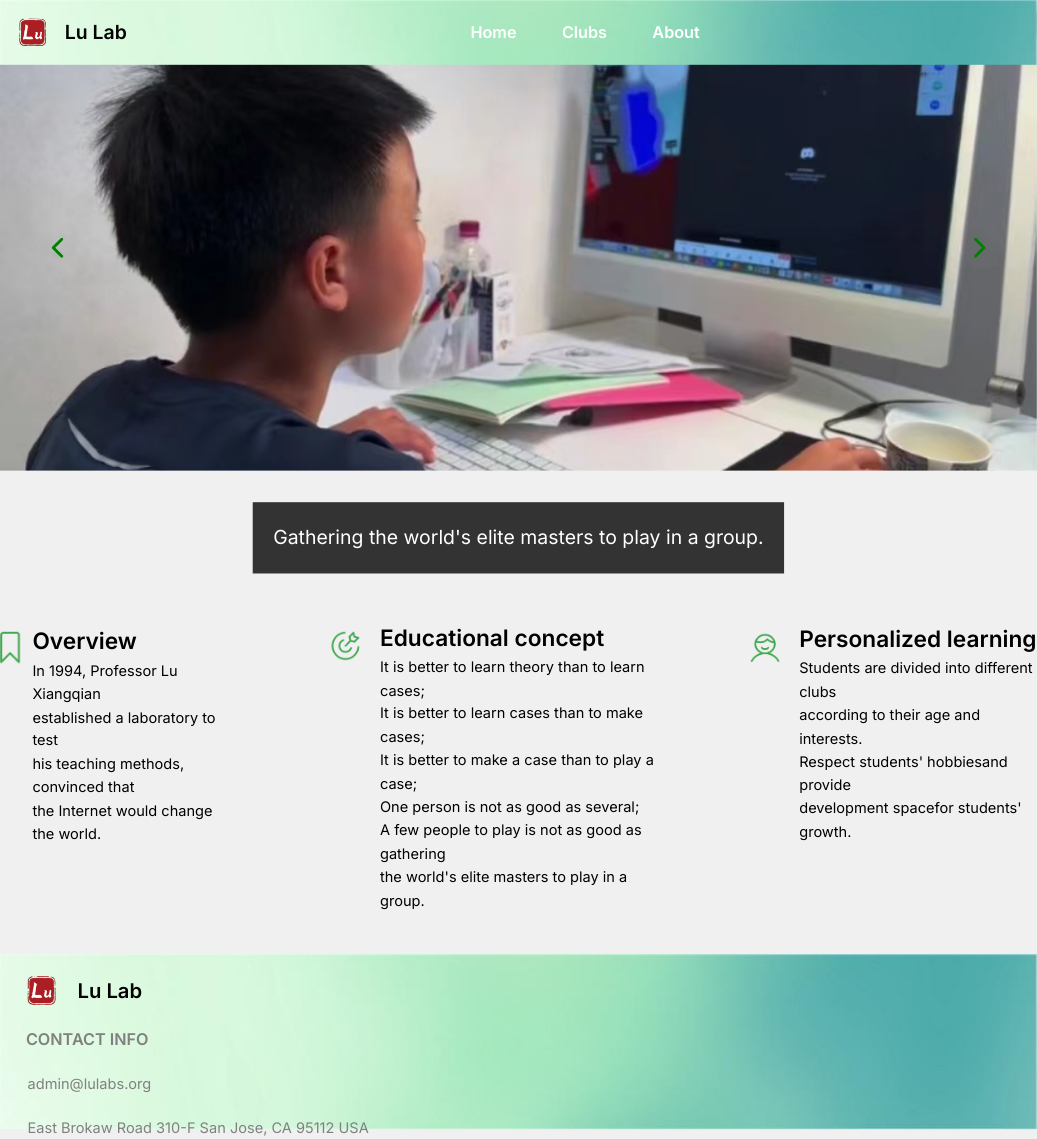
Repository: proflulab/lulab_website_next_js
Page: /
An editor plug-in stored every save of this project. The page is shown before and after the next save, followed by the edit.
The browser window is 1280 px wide. The pictures show the whole page, at 81% of full size.
The project was rebuilt for these pictures with package versions that can differ from the ones it lists, and the page was loaded fresh each time. The framework's server and built-in components were replaced by stand-ins that run in the browser. Also part of the build but not shown: next.config.js, next.config.mjs.

Above is the page before, as saved 2023-12-27 21:12:36.

### app/layout.tsx
import type { Metadata } from "next";
import { Inter } from "next/font/google";
import "./globals.css";

const inter = Inter({ subsets: ["latin"] });

export const metadata: Metadata = {
  title: "Lu Lab",
  description: "Lu Lab",
};

export default function RootLayout({
  children,
}: {
  children: React.ReactNode;
}) {
  return (
    <html lang="en">
      <body className={inter.className}>{children}</body>
    </html>
  );
}

### app/page.tsx
"use client";
import "./globals.css"; // 引入全局 CSS 文件

import React, { useState, useEffect, useRef } from "react";
import { FontAwesomeIcon } from "@fortawesome/react-fontawesome";
import {
  faChevronLeft,
  faChevronRight,
} from "@fortawesome/free-solid-svg-icons";
import Image from "next/image";

import Navbar from "./title/page";
import End from "./title/end";

// export default Navbar;

const Home: React.FC = () => {
  const [images, setImages] = useState<string[]>([]);
  const [currentImageIndex, setCurrentImageIndex] = useState<number>(0);

  useEffect(() => {
    const imageUrls = ["image3.jpg", "xueyuan.jpg", "image1.jpg"];
    setImages(imageUrls);
  }, []);

  useEffect(() => {
    const interval = setInterval(() => {
      setCurrentImageIndex((prevIndex) =>
        prevIndex === images.length - 1 ? 0 : prevIndex + 1
      );
    }, 5000);

    return () => clearInterval(interval);
  }, [images]);

  const showNextImage = () => {
    setCurrentImageIndex((prevIndex) =>
      prevIndex === images.length - 1 ? 0 : prevIndex + 1
    );
  };

  const showPreviousImage = () => {
    setCurrentImageIndex((prevIndex) =>
      prevIndex === 0 ? images.length - 1 : prevIndex - 1
    );
  };
  const [windowWidth, setWindowWidth] = useState<number>(0);

  const [isMobile, setIsMobile] = useState<boolean>(false);

  useEffect(() => {
    const handleResize = () => {
      const width = window.innerWidth;
      setIsMobile(width <= 768);
    };

    handleResize(); // 初始化时调用一次，设置初始的 isMobile 值

    window.addEventListener("resize", handleResize);

    return () => {
      window.removeEventListener("resize", handleResize);
    };
  }, []); // 空数组作为依赖，确保只在组件挂载时执行一次

  return (
    <>
      <Navbar />
      <div
        style={{
          display: "flex",
          flexDirection: "column",
          alignItems: "center",
        }}
      >
        <div
          style={{
            position: "relative",
            width: "100%",
            height: "85vh",
            maxWidth: "100%",
            maxHeight: "85vh",
          }}
        >
          {images.length > 0 && (
            // eslint-disable-next-line @next/next/no-img-element
            <img
              src={images[currentImageIndex]}
              alt={`Image ${currentImageIndex + 1}`}
              style={{
                width: "100%",
                height: "95%",
                objectFit: "cover",
                ...(isMobile
                  ? {
                      height: "75vh",
                      width: "100%",
                      objectFit: "cover",
                    }
                  : {}),
              }}
            />
          )}
          <div
            style={{
              position: "absolute",
              top: "50%",
              transform: "translateY(-50%)",
              left: "5%",
              right: "5%",
              display: "flex",
              justifyContent: "space-between",
            }}
          >
            <button
              onClick={showPreviousImage}
              style={{ color: "green", fontWeight: "bold", fontSize: "28px" }}
            >
              <FontAwesomeIcon icon={faChevronLeft} />
            </button>
            <button
              onClick={showNextImage}
              style={{ color: "green", fontWeight: "bold", fontSize: "28px" }}
            >
              <FontAwesomeIcon icon={faChevronRight} />
            </button>
          </div>
        </div>

        <div
          style={{
            position: "absolute",
            top: isMobile ? "400px" : "620px",
            justifyContent: "space-between",

            backgroundColor: "#333333",
            color: "#fff",
            padding: "25px",
            zIndex: 1,
            width: isMobile ? "80%" : "auto", // 根据屏幕大小更新宽度
          }}
        >
          <p style={{ fontSize: isMobile ? "20px" : "24px" }}>
            Gathering the world&apos;s elite masters to play in a group.
          </p>
        </div>

        <div
          style={{
            fontWeight: "bold",
            fontSize: "45px",
            color: "#000000",
            textAlign: "center",
            marginTop: "40px",
            marginBottom: "40px",
          }}
        >
          Welcome to Lu Lab
        </div>
        {isMobile && (
          <>
            <div
              style={{
                marginBottom: "20px",
                display: "flex",
                alignItems: "flex-start",
              }}
            >
              <Image
                src="/Overview.png"
                alt=""
                width={25}
                height={35}
                style={{ marginLeft: "-30px" }}
              />
              <div style={{ marginLeft: "15px" }}>
                <p
                  style={{
                    fontSize: "28px",
                    fontWeight: "600",
                    marginBottom: "5px",
                    marginTop: "-5px",
                  }}
                >
                  Overview
                </p>
                <p
                  style={{
                    fontSize: "18px",
                    fontWeight: "400",
                    lineHeight: "1.5",
                  }}
                >
                  In 1994, Professor Lu Xiangqian
                  <br /> established a laboratory to test
                  <br />
                  his teaching methods, convinced that
                  <br /> the Internet would change the world. <br />
                </p>
              </div>
            </div>

            <div
              style={{
                marginBottom: "20px",
                display: "flex",
                alignItems: "flex-start",
              }}
            >
              <Image
                src="/Edu.png"
                alt=""
                width={35}
                height={35}
                style={{ marginLeft: "35px" }}
              />
              <div style={{ marginLeft: "15px" }}>
                <p
                  style={{
                    fontSize: "28px",
                    fontWeight: "600",
                    marginBottom: "5px",
                    marginTop: "-5px",
                  }}
                >
                  Educational concept
                </p>
                <p
                  style={{
                    fontSize: "18px",
                    fontWeight: "400",
                    lineHeight: "1.5",
                  }}
                >
                  It is better to learn theory than to learn cases;
                  <br />
                  It is better to learn cases than to make cases;
                  <br />
                  It is better to make a case than to play a case;
                  <br />
                  One person is not as good as several;
                  <br />
                  A few people to play is not as good as gathering
                  <br />
                  the world&apos;s elite masters to play in a group.
                </p>
              </div>
            </div>

            <div
              style={{
                marginBottom: "20px",
                display: "flex",
                alignItems: "flex-start",
              }}
            >
              <Image
                src="/Person.png"
                alt=""
                width={35}
                height={35}
                style={{ marginLeft: "-15px" }}
              />
              <div style={{ marginLeft: "15px" }}>
                <p
                  style={{
                    fontSize: "28px",
                    fontWeight: "600",
                    marginBottom: "5px",
                    marginTop: "-5px",
                  }}
                >
                  Personalized learning
                </p>
                <p
                  style={{
                    fontSize: "18px",
                    fontWeight: "400",
                    lineHeight: "1.5",
                  }}
                >
                  Students are divided into different clubs
                  <br />
                  according to their age and interests.
                  <br />
                  Respect students&apos; hobbies and provide
                  <br />
                  development space for students&apos; growth.
                </p>
              </div>
            </div>
          </>
        )}

        {!isMobile && (
          <div
            style={{
              display: "flex",
              justifyContent: "left",
              marginTop: "20px",
            }}
          >
            <div style={{ flex: "0.9", marginRight: "120px" }}>
              <Image src="/Overview.png" alt="" width={25} height={35} />
              <div style={{ marginLeft: "40px" }}>
                <p
                  style={{
                    color: "black",
                    fontSize: "28px",
                    fontWeight: "600",
                    marginTop: "-50px",
                    textAlign: "left",
                  }}
                >
                  Overview
                </p>
                <p
                  style={{
                    color: "black",
                    fontSize: "18px",
                    fontWeight: "400",
                    textAlign: "left",
                  }}
                >
                  In 1994, Professor Lu Xiangqian
                  <br /> established a laboratory to test
                  <br />
                  his teaching methods, convinced that
                  <br /> the Internet would change the world. <br />
                </p>
              </div>
            </div>
            <div style={{ flex: "1.3", marginRight: "100px" }}>
              {" "}
              {/* 将 Edu 部分的 flex 值调整为 1.5 */}
              <Image src="/Edu.png" alt="" width={35} height={35} />
              <div style={{ marginLeft: "60px" }}>
                <p
                  style={{
                    color: "black",
                    fontSize: "28px",
                    fontWeight: "600",
                    marginTop: "-50px",
                    textAlign: "left",
                  }}
                >
                  Educational concept
                </p>
                <p
                  style={{
                    color: "black",
                    fontSize: "18px",
                    fontWeight: "400",
                    textAlign: "left",
                  }}
                >
                  It is better to learn theory than to learn cases;
                  <br /> It is better to learn cases than to make cases;
                  <br /> It is better to make a case than to play a case;
                  <br /> One person is not as good as several;
                  <br /> A few people to play is not as good as gathering
                  <br /> the world&apos;s elite masters to play in a group.
                </p>
              </div>
            </div>
            <div style={{ flex: "1.1", marginLeft: "0px" }}>
              <Image src="/Person.png" alt="" width={35} height={35} />
              <div style={{ marginLeft: "60px" }}>
                <p
                  style={{
                    color: "black",
                    fontSize: "28px",
                    fontWeight: "600",
                    marginTop: "-50px",
                    textAlign: "left",
                  }}
                >
                  Personalized learning
                </p>
                <p
                  style={{
                    color: "black",
                    fontSize: "18px",
                    fontWeight: "400",
                    textAlign: "left",
                  }}
                >
                  Students are divided into different clubs
                  <br /> according to their age and interests.
                  <br /> Respect students&apos; hobbiesand provide
                  <br /> development spacefor students&apos; growth.
                </p>
              </div>
            </div>
          </div>
        )}

        <hr
          style={{
            marginBottom: "50px",
          }}
        />
        <End />
      </div>
    </>
  );
};

export default Home;

### app/globals.css
@tailwind base;
@tailwind components;
@tailwind utilities;
/* 全局样式 */
body {
  font-family: Arial, sans-serif;
  margin: 0;
  padding: 0;
  background-color: #f0f0f0;
  color: #333;
}

h1 {
  font-size: 2em;
  margin-bottom: 20px;
}

p {
  font-size: 16px;
  line-height: 1.5;
}

/* 媒体查询 */
/* 在小屏幕上应用的样式 */
/* globals.css 或者其他全局CSS文件 */
/* 在文件中添加媒体查询样式 */

/* 较小屏幕尺寸下调整内容位置 */
@media (max-width: 768px) {
  .additional-content {
    top: 550px; /* 调整顶部位置 */
    padding: 15px; /* 调整内边距 */
  }
}

/* 更小屏幕尺寸下调整内容位置 */
@media (max-width: 480px) {
  .additional-content {
    top: 500px; /* 更进一步调整顶部位置 */
    padding: 10px; /* 更进一步调整内边距 */
  }
}

/* 更多媒体查询和样式 */

@media (max-width: 768px) {
  body {
    font-size: 14px;
  }

  h1 {
    font-size: 1.5em;
    margin-bottom: 15px;
  }

  p {
    font-size: 14px;
    line-height: 1.4;
  }
}

/* 在更小的屏幕上应用的样式 */
@media (max-width: 480px) {
  body {
    font-size: 12px;
  }

  h1 {
    font-size: 1.2em;
    margin-bottom: 10px;
  }

  p {
    font-size: 12px;
    line-height: 1.3;
  }
}

/* 在大屏幕上应用的样式 */
@media (min-width: 1200px) {
  body {
    font-size: 18px;
  }

  h1 {
    font-size: 2.5em;
    margin-bottom: 25px;
  }

  p {
    font-size: 18px;
    line-height: 1.6;
  }
}

/* 更多自定义样式和媒体查询可以按需添加 */

### app/title/end.tsx
"use client";
import Link from "next/link";
import { useState, useEffect, useRef } from "react";
import Image from "next/image";
const End: React.FC = () => {
  return (
    <div style={{ position: "relative" }}>
      <Image src="/title.jpg" alt="" height="230" width="1700" />
      <div
        style={{
          position: "absolute",
          top: "20px",
          left: "2%",
          display: "flex",
          alignItems: "center",
        }}
      >
        <Image src="/logo.png" alt="" height="50" width="50" />
        <p
          style={{
            color: "black",
            fontSize: "25px",
            fontWeight: "600",
            marginLeft: "20px",
          }}
        >
          Lu Lab
        </p>
      </div>
      <div
        style={{
          position: "absolute",
          top: "90px",
          left: "2.5%",
          textAlign: "left",
        }}
      >
        <div
          style={{
            color: "grey",
            fontSize: "20px",
            fontWeight: "600",
          }}
        >
          CONTACT INFO
        </div>
        <div
          style={{
            color: "grey",
            fontSize: "18px",
            fontWeight: "400",
            marginLeft: "2px",
            textAlign: "left",
          }}
        >
          <br />
          admin@lulabs.org
          <br />
          <br />
          East Brokaw Road 310-F San Jose, CA 95112 USA <br />
        </div>
      </div>
    </div>
  );
};
export default End;

Loaded but not shown: tailwind.config.ts (common file); app/title/page.tsx (272 lines, source omitted)

After the next save:
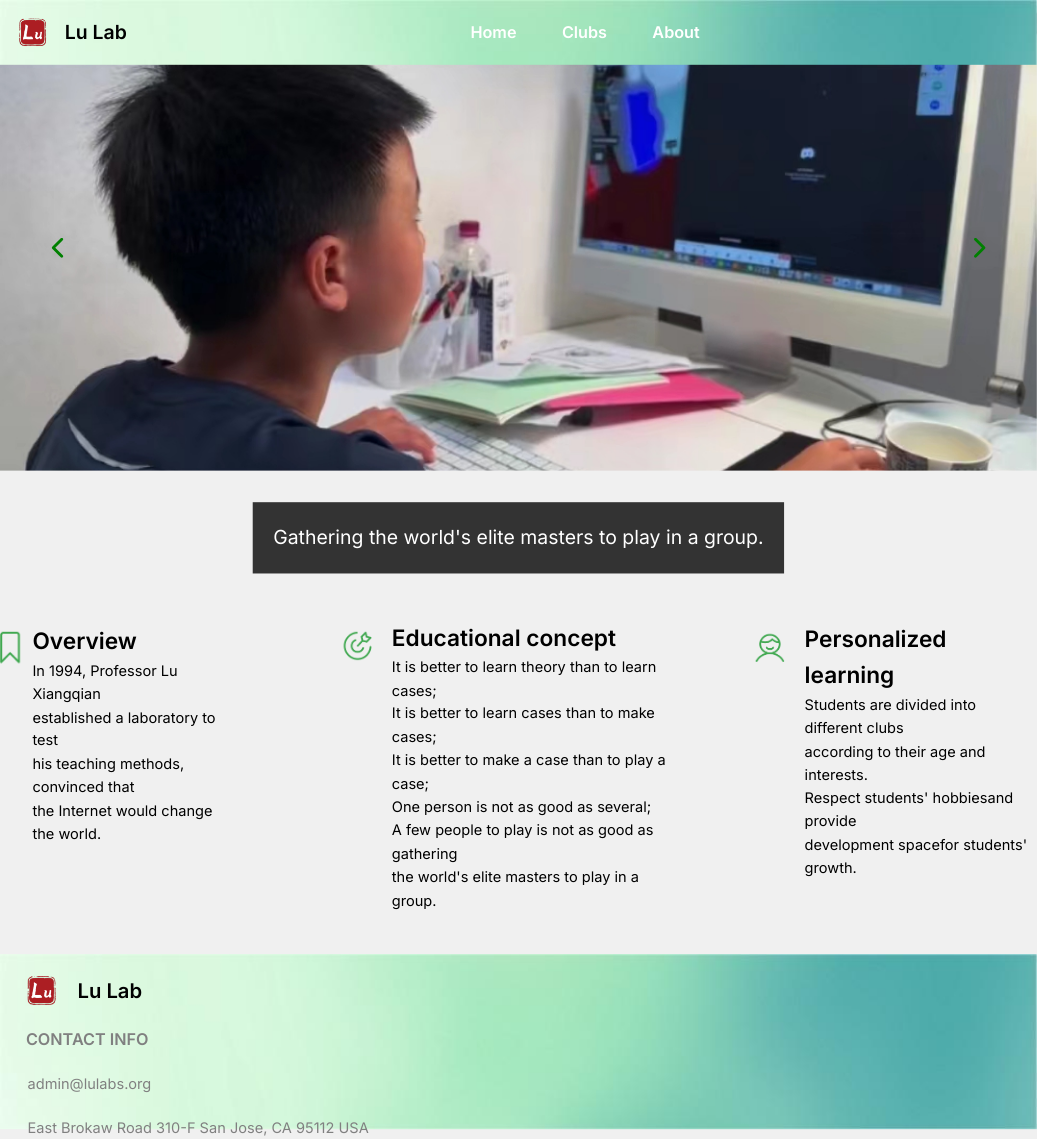
Saved 7 s later.
--- a/app/page.tsx
+++ b/app/page.tsx
@@ -300,7 +300,7 @@ const Home: React.FC = () => {
               marginTop: "20px",
             }}
           >
-            <div style={{ flex: "0.9", marginRight: "120px" }}>
+            <div style={{ flex: "0.9", marginRight: "140px" }}>
               <Image src="/Overview.png" alt="" width={25} height={35} />
               <div style={{ marginLeft: "40px" }}>
                 <p
